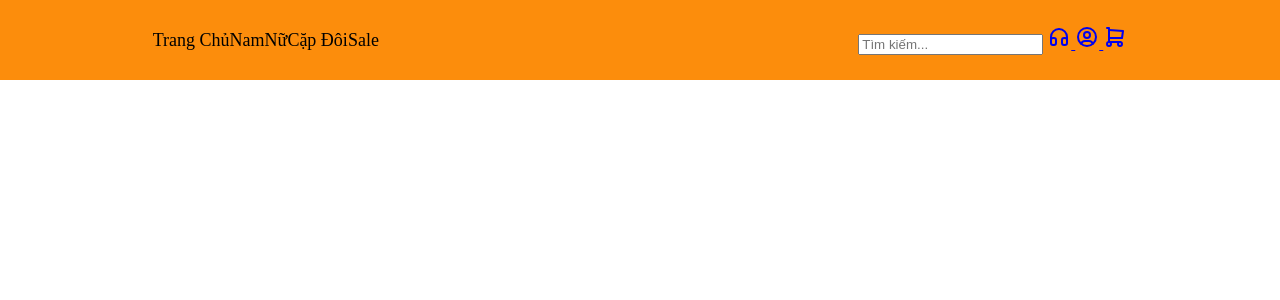
Repository: manhhieu120499/demo_page
Page: nam.html
An editor plug-in stored every save of this project. The page is shown before and after a run of saves, followed by the edit.
The browser window is 1280 px wide. The pictures show the whole page.

Above is the page before, as saved 2023-03-04 15:54:03.

After the next 3 saves:
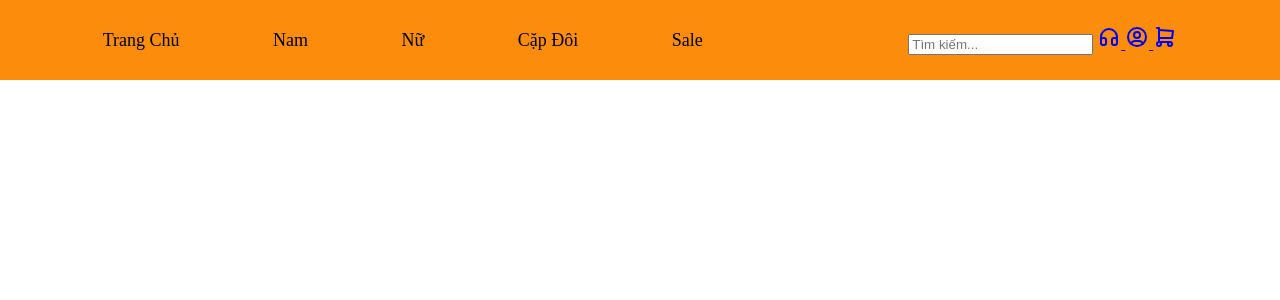
The 3 saves are shown as one change because they came seconds apart.
The last was saved 9 s later.
--- a/style_nam.css
+++ b/style_nam.css
@@ -14,8 +14,8 @@
 
 .header .header_nav {
     display: flex;
-    justify-content: be;
-    width: 400px;
+    justify-content: space-between;
+    width: 600px;
 }
 
 .header_nav > a {
